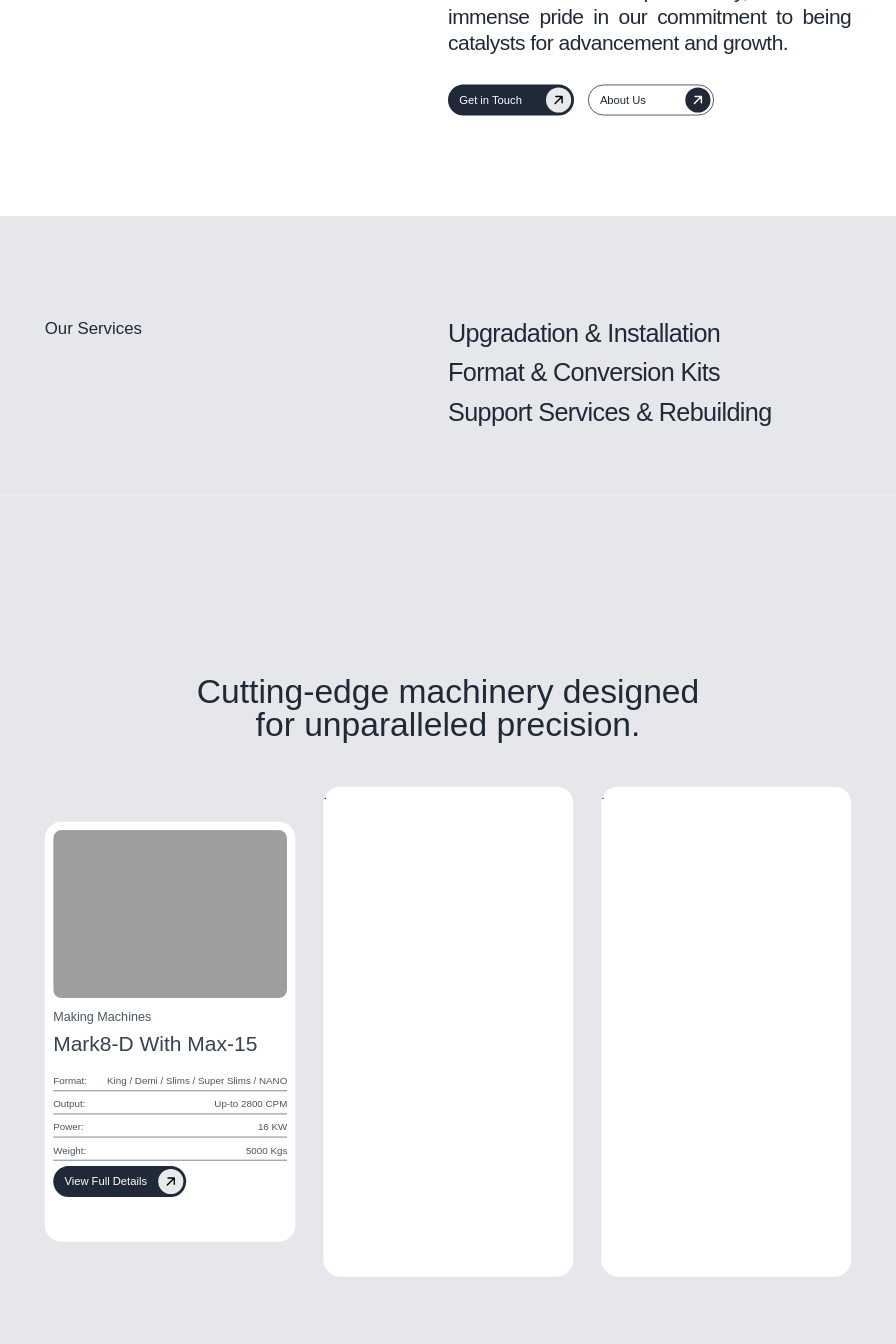
Repository: vespersolutionspk18/microtexwebsite
Page: /
The author's editor kept a copy of each file at every save. The page is drawn from the files as they stood at one save, then again after the next save.
The browser window is 1280 px wide. The pictures show the part of the page from y = 1207 to 3127 px (the page is 3127 px tall), at 70% of full size.
Pictures or frames that could not be fetched are drawn as grey boxes. Some web fonts or font styles are not loaded; a fallback is used. The project was rebuilt for these pictures with package versions that can differ from the ones it lists, and the page was loaded fresh each time. The framework's server and built-in components were replaced by stand-ins that run in the browser. Also part of the build but not shown: next.config.mjs.

Above is the page before, as saved 2024-11-18 21:58:34.

After the next save:
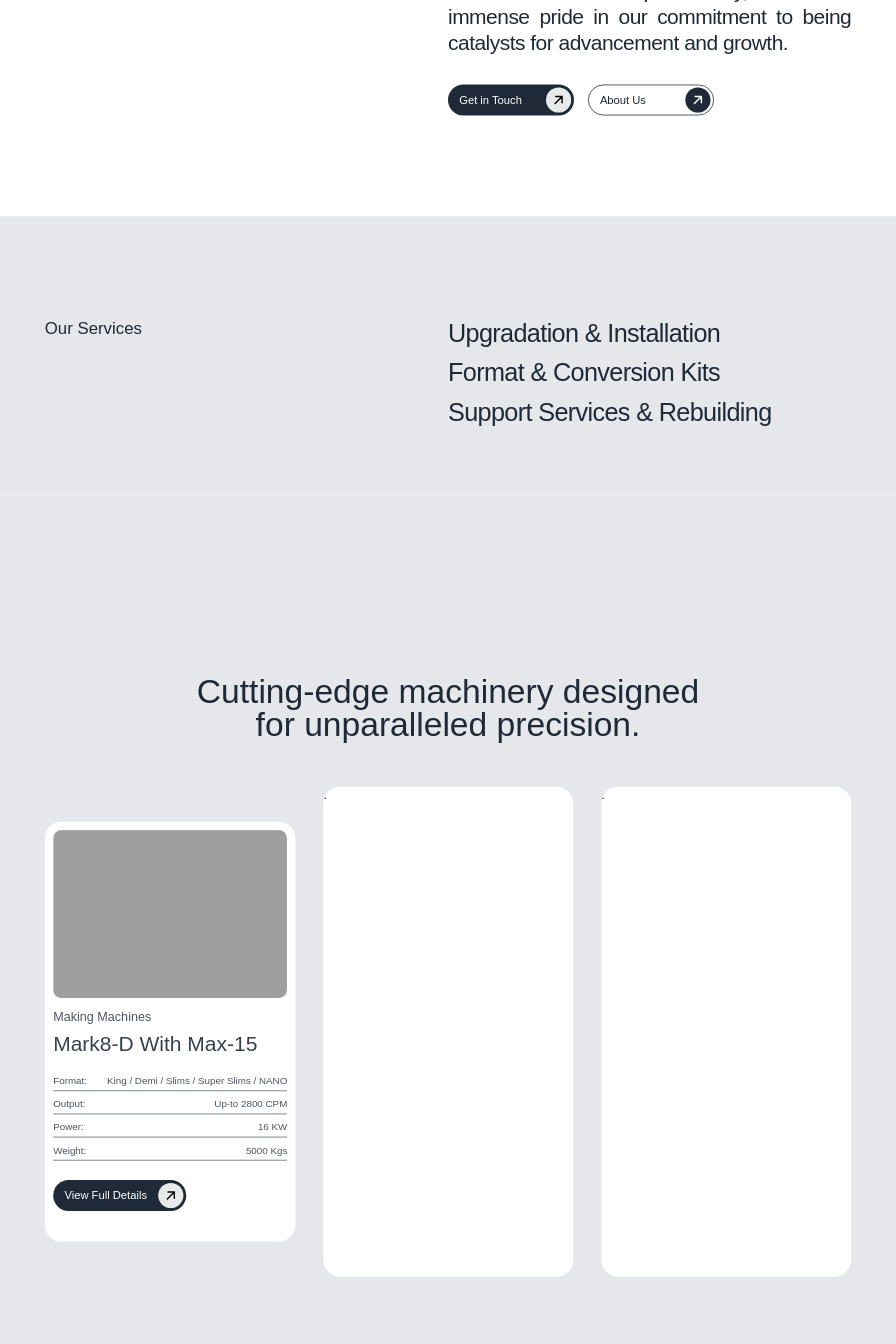
Saved 10 s later.
--- a/app/OurMachines.tsx
+++ b/app/OurMachines.tsx
@@ -34,7 +34,7 @@
     </div>
     <Separator className="bg-gray-600 mt-1 mb-2" />
     <div id="button"
-  className="group  bg-gray-800 h-[44px] flex-row  text-white text-[16px] py-1 px-1 font-light rounded-full hidden md:flex items-center justify-between w-[190px] transition-width duration-500 ease-in-out  hover:w-[215px] hover:bg-mcred"
+  className="group mt-5 bg-gray-800 h-[44px] flex-row  text-white text-[16px] py-1 px-1 font-light rounded-full hidden md:flex items-center justify-between w-[190px] transition-width duration-500 ease-in-out  hover:w-[215px] hover:bg-mcred"
 
 >
   <div className="mx-3">View Full Details</div>

After the save that followed:
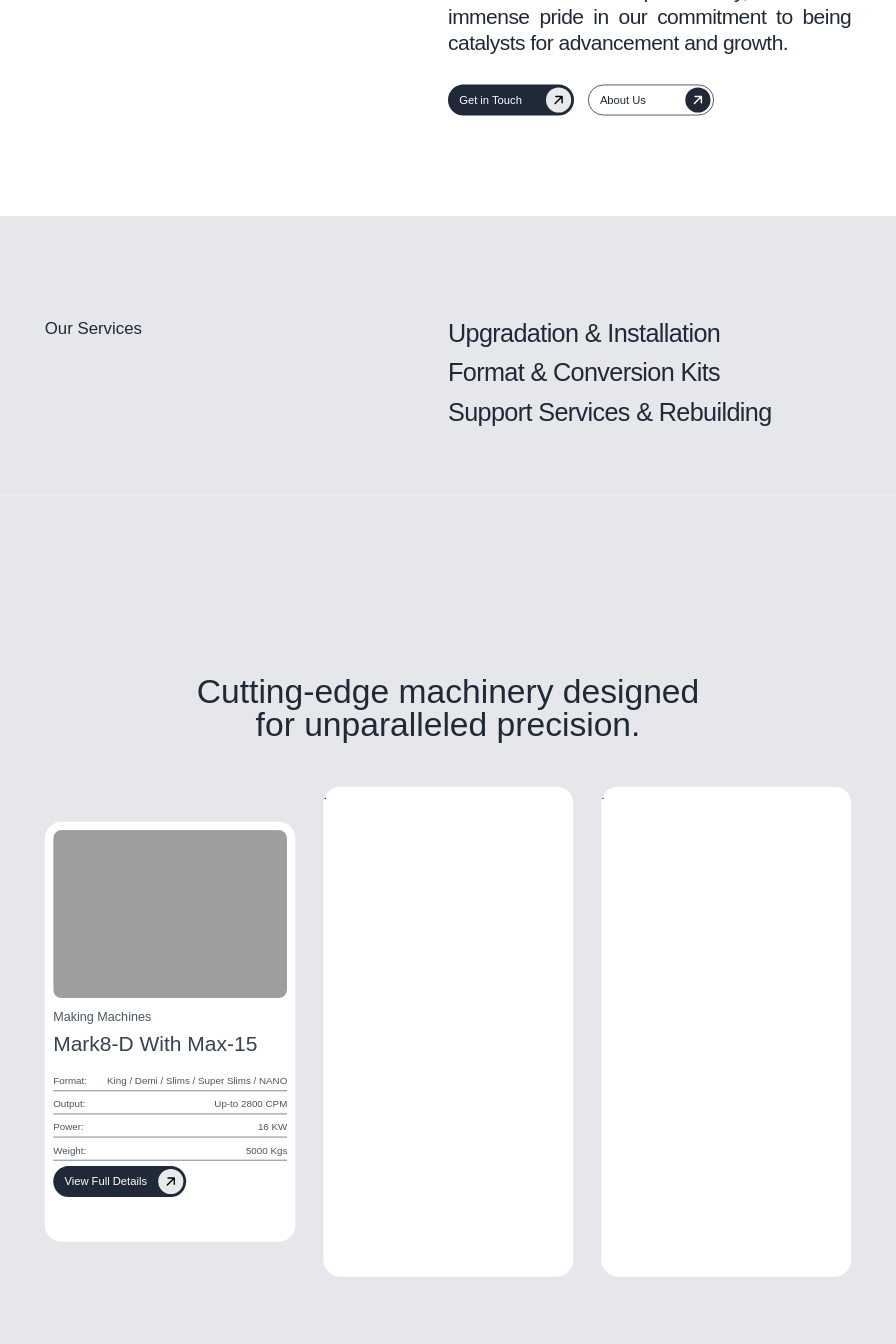
Saved 22 s later.
--- a/app/OurMachines.tsx
+++ b/app/OurMachines.tsx
@@ -34,7 +34,7 @@
     </div>
     <Separator className="bg-gray-600 mt-1 mb-2" />
     <div id="button"
-  className="group mt-5 bg-gray-800 h-[44px] flex-row  text-white text-[16px] py-1 px-1 font-light rounded-full hidden md:flex items-center justify-between w-[190px] transition-width duration-500 ease-in-out  hover:w-[215px] hover:bg-mcred"
+  className="group  bg-gray-800 h-[44px] flex-row  text-white text-[16px] py-1 px-1 font-light rounded-full hidden md:flex items-center justify-between w-[190px] transition-width duration-500 ease-in-out  hover:w-[215px] hover:bg-mcred"
 
 >
   <div className="mx-3">View Full Details</div>
